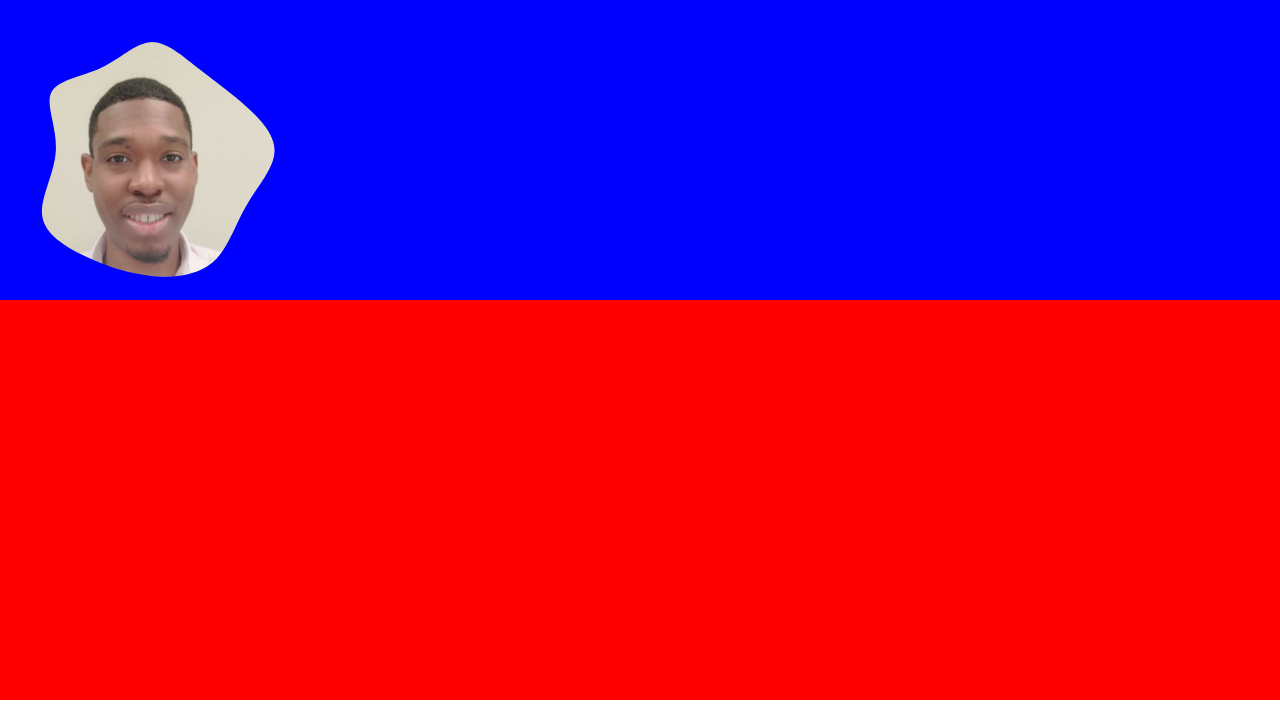
Repository: DNoel26/My_Dev_Portfolio
Page: index.html
The author's editor kept a copy of each file at every save. The page is drawn from the files as they stood at one save, then again after the next save.
The browser window is 1280 px wide. The pictures show the whole page.

Above is the page before, as saved 2021-01-23 11:25:56.

### index.html
<!DOCTYPE html>
<html lang="en">
<head>
    <meta charset="UTF-8">
    <meta name="viewport" content="width=device-width, initial-scale=1.0">
    <title>Homepage | Darnell Noel | Professional Portfolio | Full Stack Web Development</title>
    <link href="https://cdn.jsdelivr.net/npm/bootstrap@5.0.0-beta1/dist/css/bootstrap.min.css" rel="stylesheet" integrity="sha384-giJF6kkoqNQ00vy+HMDP7azOuL0xtbfIcaT9wjKHr8RbDVddVHyTfAAsrekwKmP1" crossorigin="anonymous">
    <link rel="stylesheet" href="/css/style.css">
</head>
<body>
    <header>
        <div>
            <!--<img src="/img/profile_pic.jpg" alt="Darnell Noel's profile pic" class="prof-pic svg-clip">-->
            <svg viewBox="0 0 200 200" xmlns="http://www.w3.org/2000/svg">
                <defs>
                    <pattern id="img-pattern" x="-0.2" y="0" width="1.2" height="1">
                      <image href="/img/profile_pic.jpg"/>
                    </pattern>
                </defs>
                <path fill="url(#img-pattern)" d="M30.8,-55.5C40.8,-47.6,50.2,-41,60.8,-32C71.3,-23,82.9,-11.5,83.1,0.1C83.2,11.7,72,23.4,64.2,37.1C56.3,50.7,51.8,66.4,41.7,75C31.6,83.7,15.8,85.4,0.8,84C-14.1,82.5,-28.2,77.9,-42.1,71.4C-56.1,64.9,-69.9,56.6,-71.8,44.4C-73.7,32.2,-63.7,16.1,-62.8,0.6C-61.8,-15,-69.9,-30,-65.8,-38.4C-61.7,-46.9,-45.5,-48.8,-32.5,-54.9C-19.5,-61,-9.8,-71.3,0.3,-71.9C10.4,-72.4,20.9,-63.3,30.8,-55.5Z" transform="translate(100 100)" />

                <!--<defs>
                    <clipPath id="svg-clip">
                        <path d="M45.8,-76.7C59.5,-71.3,70.9,-59.4,77.1,-45.6C83.2,-31.7,84.1,-15.8,84.8,0.4C85.4,16.6,85.9,33.2,78.2,44.4C70.5,55.6,54.6,61.4,40.2,65.7C25.9,70.1,12.9,72.9,-0.9,74.5C-14.7,76,-29.4,76.2,-41.2,70.4C-53,64.5,-61.8,52.7,-69.1,39.9C-76.3,27.2,-82,13.6,-82.4,-0.2C-82.7,-14,-77.7,-28,-69.4,-38.9C-61,-49.7,-49.4,-57.5,-37.2,-63.8C-25.1,-70,-12.6,-74.8,1.7,-77.8C16,-80.8,32,-82,45.8,-76.7Z" transform="translate(100 100)" />
                    </clipPath>
                </defs>-->
            </svg>
        </div>
    </header>
    <main>

    </main>
    <footer>

    </footer>
    <script src="https://cdn.jsdelivr.net/npm/bootstrap@5.0.0-beta1/dist/js/bootstrap.bundle.min.js" integrity="sha384-ygbV9kiqUc6oa4msXn9868pTtWMgiQaeYH7/t7LECLbyPA2x65Kgf80OJFdroafW" crossorigin="anonymous"></script>
</body>
</html>

### css/style.css
header {
    height: 700px;
    background-color: red;
}

div {
    height: 300px;
    background-color: blue;
}

.prof-pic.svg-clip {
    height: 100%;
    -webkit-clip-path: url(#svg-clip);
    clip-path: url(#svg-clip);
}

svg {
    height: 100%;
    /*mask-image: url("../img/profile_pic.jpg");
    mask-size: contain;*/
}

svg image {
    height: 100%;
    width: 100%;
}

After the next save:
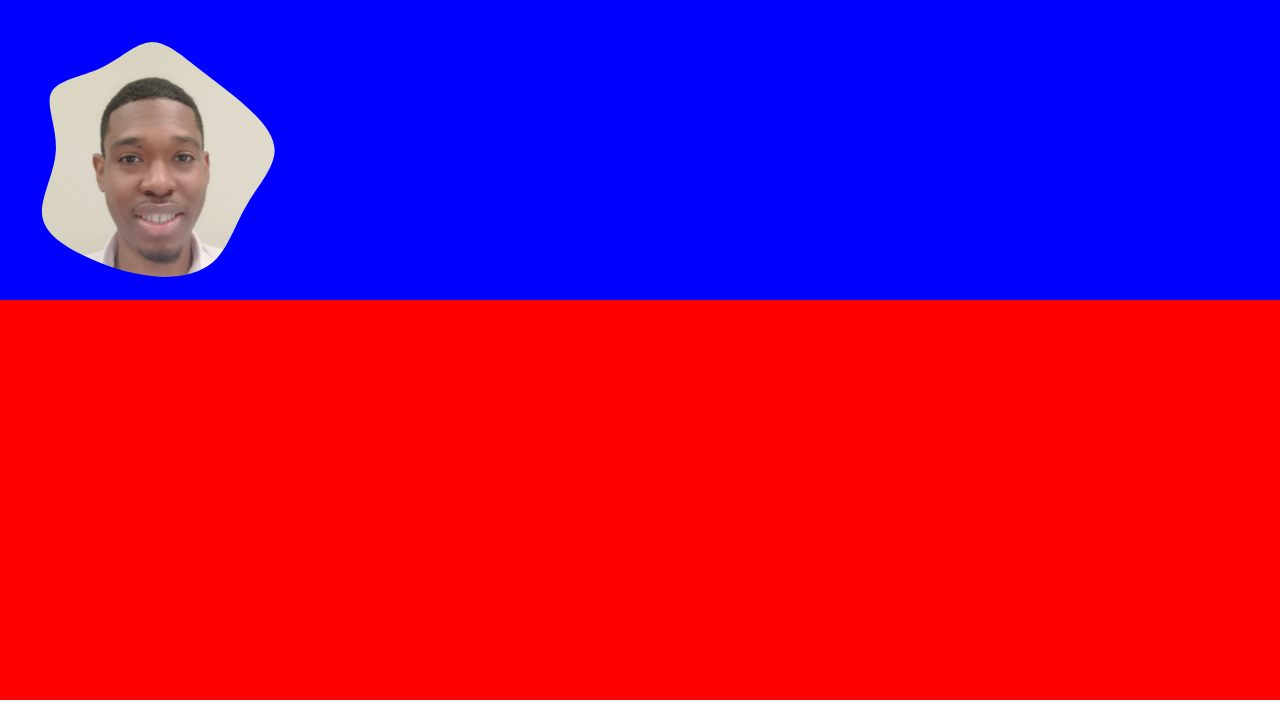
Saved 21 s later.
--- a/index.html
+++ b/index.html
@@ -13,7 +13,7 @@
             <!--<img src="/img/profile_pic.jpg" alt="Darnell Noel's profile pic" class="prof-pic svg-clip">-->
             <svg viewBox="0 0 200 200" xmlns="http://www.w3.org/2000/svg">
                 <defs>
-                    <pattern id="img-pattern" x="-0.2" y="0" width="1.2" height="1">
+                    <pattern id="img-pattern" x="-0.15" y="0" width="1.2" height="1">
                       <image href="/img/profile_pic.jpg"/>
                     </pattern>
                 </defs>
